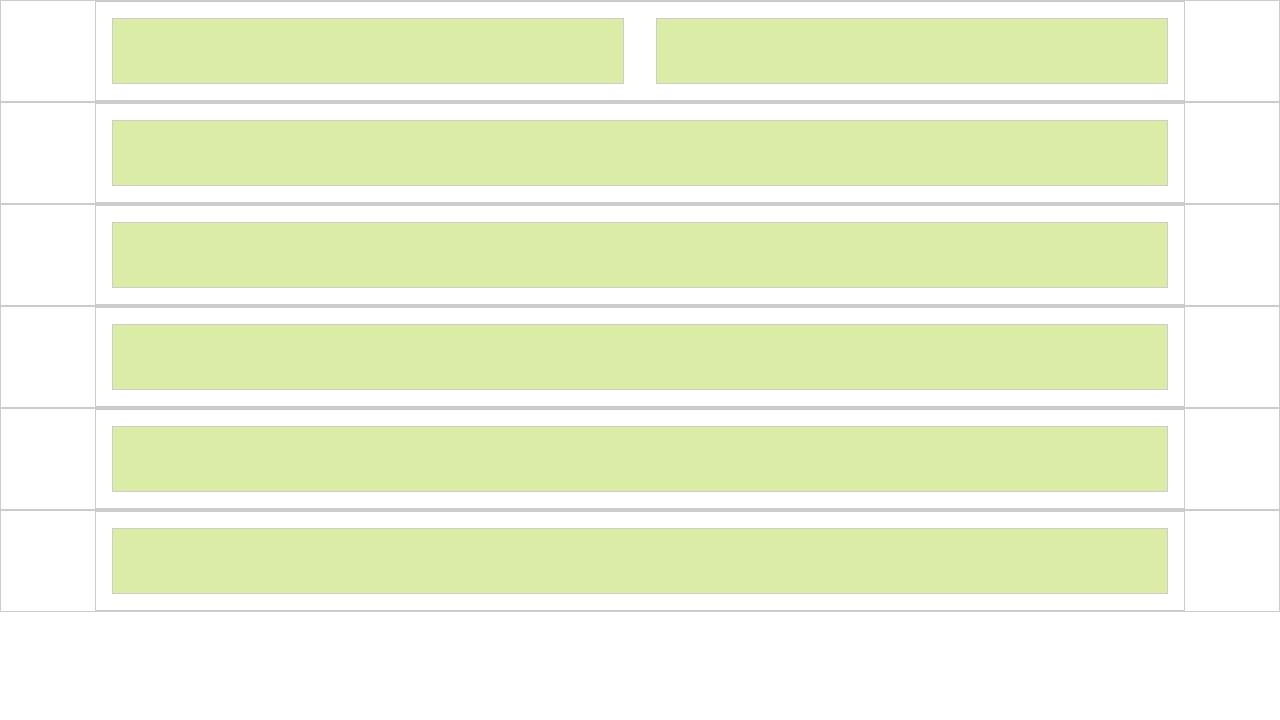
Repository: AlexBCIT/metrolicspractice
Page: index.html
An editor plug-in stored every save of this project. The page is shown before and after the next save, followed by the edit.
The browser window is 1280 px wide. The pictures show the whole page.

Above is the page before, as saved 2021-01-29 10:26:50.

After the next save:
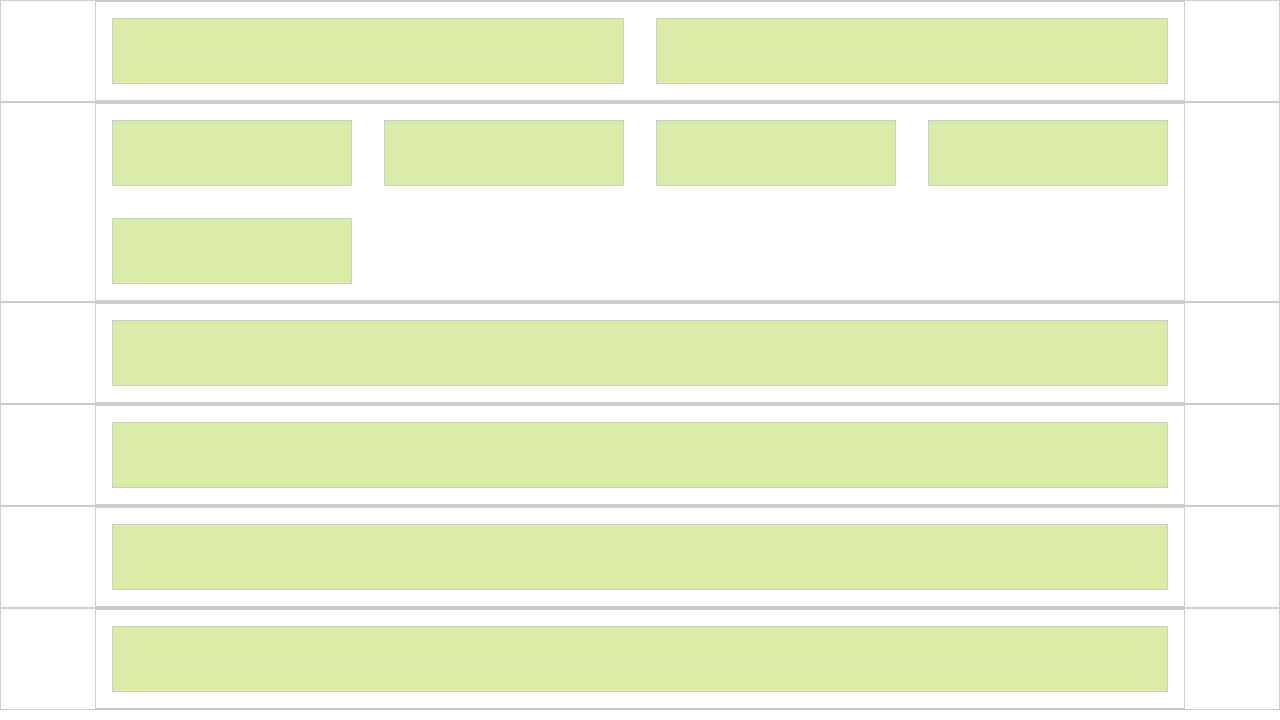
Saved 35 s later.
--- a/index.html
+++ b/index.html
@@ -35,7 +35,19 @@
         </div>
     </div>
     <div class="container">
-        <div class="row">
+        <div class="row col-4">
+            <div class="column">
+
+            </div>
+            <div class="column">
+
+            </div>
+            <div class="column">
+
+            </div>
+            <div class="column">
+
+            </div>
             <div class="column">
 
             </div>

After the save that followed:
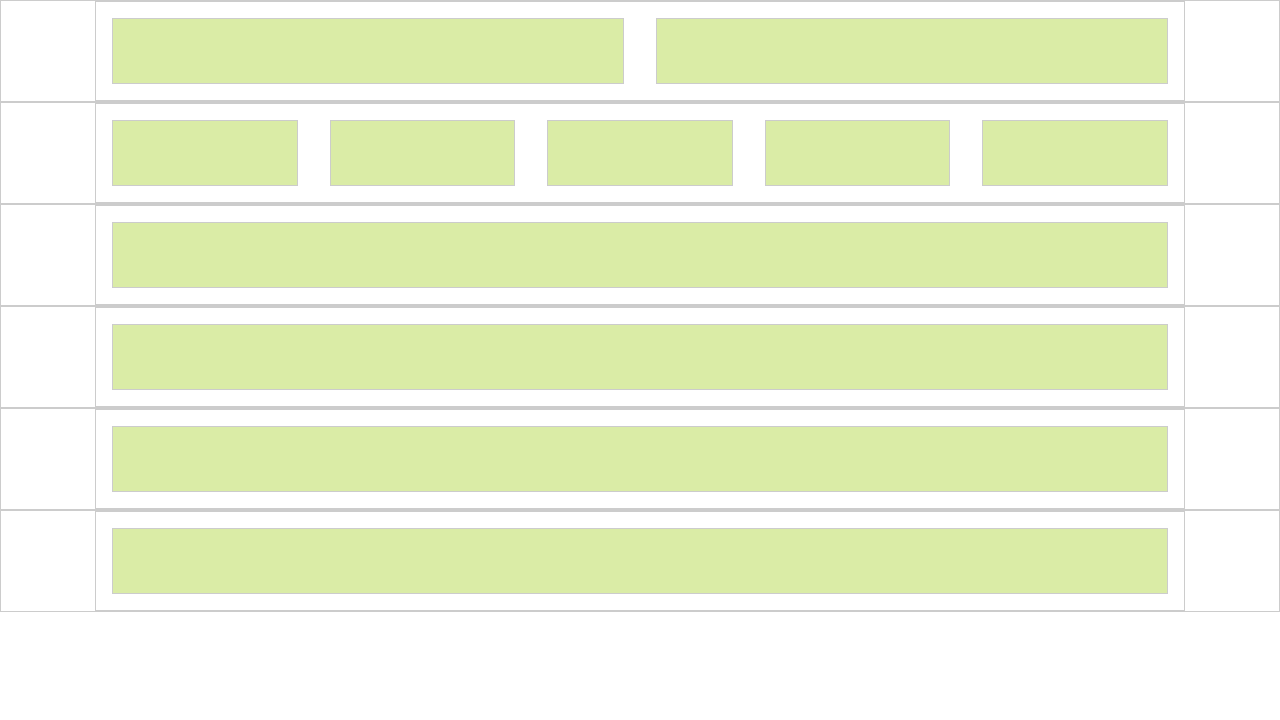
Saved 9 s later.
--- a/index.html
+++ b/index.html
@@ -35,7 +35,7 @@
         </div>
     </div>
     <div class="container">
-        <div class="row col-4">
+        <div class="row col-5">
             <div class="column">
 
             </div>
